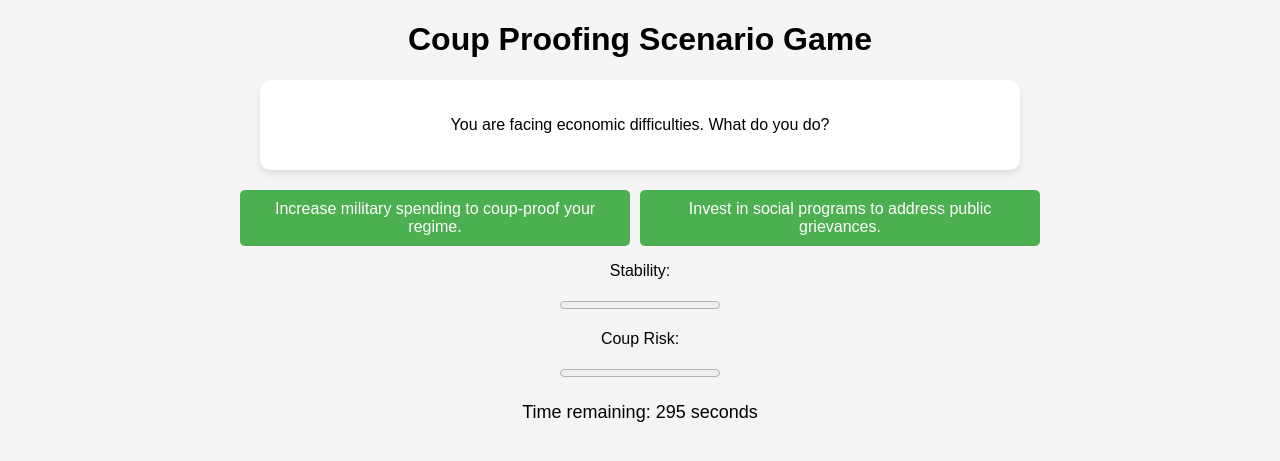
Repository: tyfeeney/Coup-Proofing-Alpha
Page: index.html
An editor plug-in stored every save of this project. The page is shown before and after the next save, followed by the edit.
The browser window is 1280 px wide. The pictures show the whole page.

Above is the page before, as saved 2023-04-25 21:26:32.

After the next save:
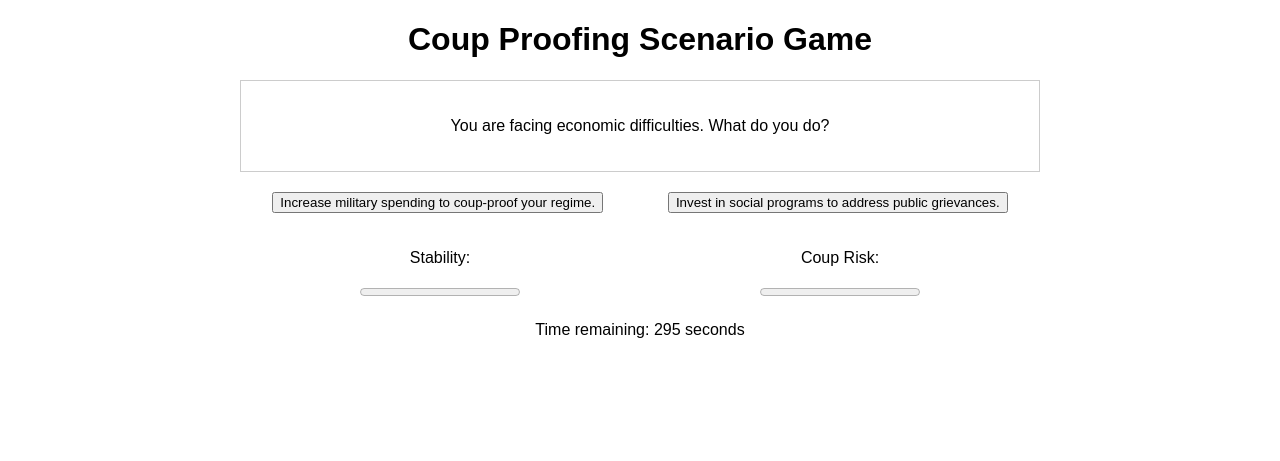
Saved 31 s later.
--- a/styles.css
+++ b/styles.css
@@ -1,6 +1,5 @@
 body {
     font-family: Arial, sans-serif;
-    background-color: #f5f5f5;
   }
 
   .container {
@@ -10,34 +9,27 @@ body {
   }
 
   .card {
-    background-color: white;
+    border: 1px solid #ccc;
     padding: 20px;
-    margin: 20px;
-    border-radius: 10px;
-    box-shadow: 0 4px 6px rgba(0, 0, 0, 0.1);
+    margin: 20px 0;
   }
 
   .buttons {
     display: flex;
-    justify-content: center;
-    gap: 10px;
+    justify-content: space-around;
+    margin-bottom: 20px;
   }
 
-  button {
-    background-color: #4CAF50;
-    color: white;
-    border: none;
-    border-radius: 5px;
-    padding: 10px 20px;
-    font-size: 16px;
-    cursor: pointer;
+  .progress-container {
+    display: flex;
+    justify-content: space-around;
+    margin-bottom: 20px;
   }
 
-  button:hover {
-    background-color: #45a049;
+  .timer {
+    margin-bottom: 20px;
   }
 
-  .timer, .score {
-    font-size: 18px;
+  .ending {
     margin-top: 20px;
   }
